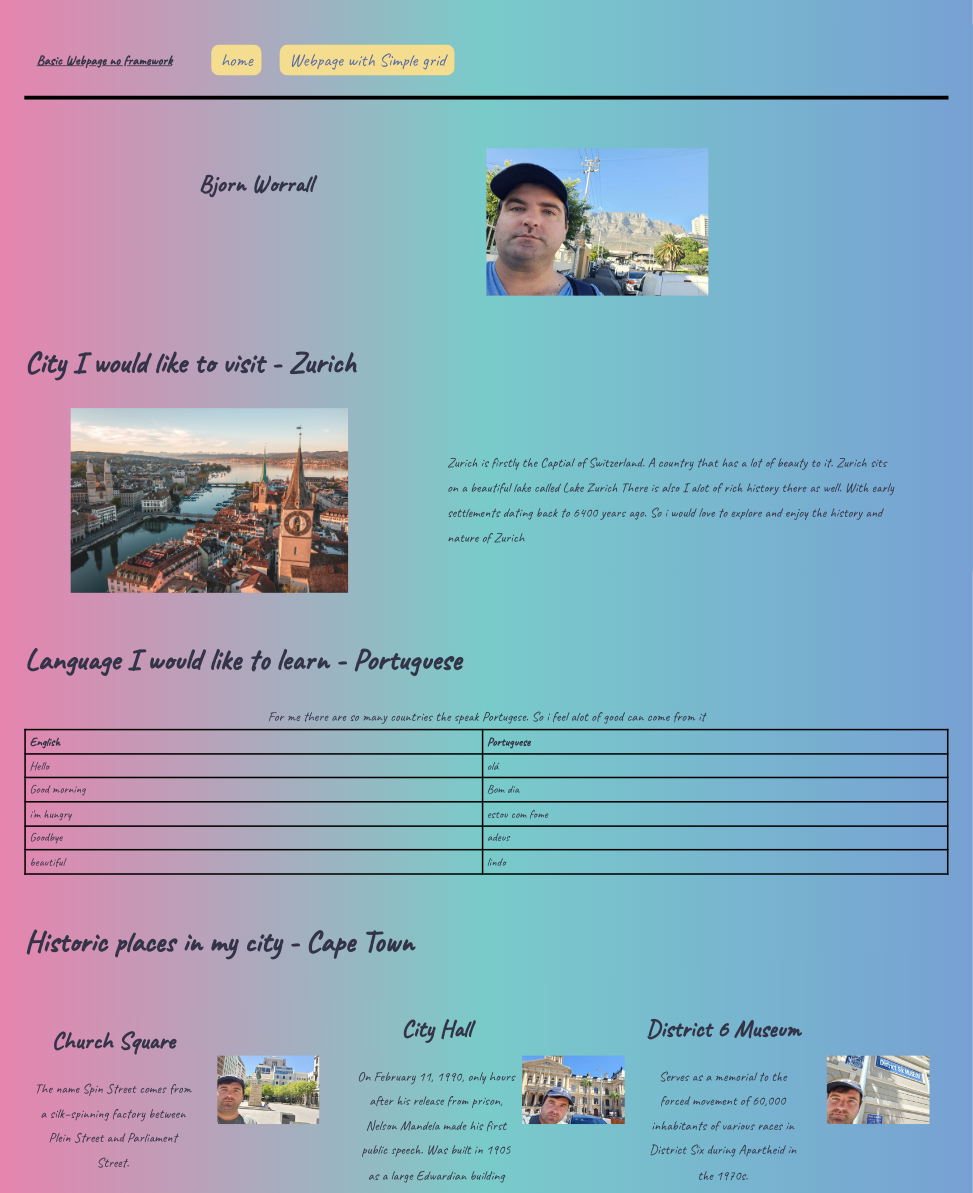
Repository: lasity34/basic-webpage
Page: my - webpage.html
The author's editor kept a copy of each file at every save. The page is drawn from the files as they stood at one save, then again after the next save.
The browser window is 1280 px wide. The pictures show the whole page, at 76% of full size.

Above is the page before, as saved 2023-03-08 09:36:01.

### my - webpage.html
<!DOCTYPE html>
<html lang="en">
  <link rel="stylesheet" type="text/css" href="styles.css" />
  <link rel="preconnect" href="https://fonts.googleapis.com" />
  <link rel="preconnect" href="https://fonts.gstatic.com" crossorigin />
  <link
    href="https://fonts.googleapis.com/css2?family=Caveat&display=swap"
    rel="stylesheet"
  />
  <link rel="stylesheet" type="text/css" href="simple-grid.css" />

  <head>
    <meta charset="UTF-8" />
    <meta http-equiv="X-UA-Compatible" content="IE=edge" />
    <meta name="viewport" content="width=device-width, initial-scale=1.0" />
    <title>Basic website</title>
  </head>
  <body>
    <main>
      <header>
        <nav id="nav_profile">
          <h4>Basic Webpage no framework</h4>
          <ul>
            <li><a href="./index.html">home</a></li>
            <li><a href="./my - webpage - grid.html">Webpage with Simple grid</a></li>
          </ul>
        </nav>
      </header>
      <section id="profile_section">
        <h1 id="profile_name">Bjorn Worrall</h1>
          <img
            id="profile_img"
            src="./images/profile.jpg"
            alt="A picture of me with table Mountain at the back"
          />
      </section>
      <section id="city_section">
        <h1>City I would like to visit - Zurich</h1>
        <div id="city_container">
          <img src="./images/zurich.jpg" width="100%" />
          <p>
            Zurich is firstly the Captial of Switzerland. A country that has a lot
            of beauty to it. Zurich sits on a beautiful lake called Lake Zurich
            There is also I alot of rich history there as well. With early
            settlements dating back to 6400 years ago. So i would love to explore
            and enjoy the history and nature of Zurich
          </div>
          </p>
      </section>
      <section id="language">
        <h1>Language I would like to learn - Portuguese</h1>
        <p>
          For me there are so many countries the speak Portugese. So i feel alot
          of good can come from it
        </p>

        <table>
          <tr>
            <th>English</th>
            <th>Portuguese</th>
          </tr>
          <tr>
            <td>Hello</td>
            <td>olá</td>
          </tr>
          <tr>
            <td>Good morning</td>
            <td>Bom dia</td>
          </tr>
          <tr>
            <td>i'm hungry</td>
            <td>estou com fome</td>
          </tr>
          <tr>
            <td>Goodbye</td>
            <td>adeus</td>
          </tr>
          <tr>
            <td>beautiful</td>
            <td>lindo</td>
          </tr>
        </table>
      </section>
      <section id="historic_places">
        <h1>Historic places in my city - Cape Town</h1>
        <div id="places_grid">
          <div class="places_container">
            <div class="places_info">
              <h2>Church Square</h2>
              <p>
                The name Spin Street comes from a silk–spinning factory between
                Plein Street and Parliament Street.
              </p>
            </div>
            <img src="./images/church_square.jpg" />
          </div>
          <div class="places_container">
            <img src="./images/city_hall.jpg" />
            <div id="places_info_hall">
              <h2>City Hall</h2>

              <p>
                On February 11, 1990, only hours after his release from prison,
                Nelson Mandela made his first public speech. Was built in 1905
                as a large Edwardian building
              </p>
            </div>
          </div>
          <div class="places_container">
            <div class="places_info">
              <h2>District 6 Museum</h2>
              <p>
                Serves as a memorial to the forced movement of 60,000
                inhabitants of various races in District Six during Apartheid in
                the 1970s.
              </p>
              <!-- <ul>
                <li>
                  Serves as a memorial to the forced movement of 60,000
                  inhabitants of various races in District Six during Apartheid
                  in the 1970s.
                </li>
                <li>
                  One former resident is jazz musician, Abdullah Ibrahim, better
                  known by the name Dollar Brand.
                </li>
                <li>District Six museum was founded in 1994.</li>
              </ul> -->
            </div>
            <img src="./images/district_6.jpg" />
          </div>
        </div>
      </section>
    </main>
  </body>
</html>

### styles.css
/* global */

* {
  font-family: "Caveat", "Arial Narrow", Arial, sans-serif;

}

body,
html {
  width: 100%;
  margin: 0;
  background: #77A1D3;  /* fallback for old browsers */
  background: -webkit-linear-gradient(to right, #E684AE, #79CBCA, #77A1D3);  /* Chrome 10-25, Safari 5.1-6 */
  background: linear-gradient(to right, #E684AE, #79CBCA, #77A1D3); /* W3C, IE 10+/ Edge, Firefox 16+, Chrome 26+, Opera 12+, Safari 7+ */


}

main {
  max-width: 95%;
  margin: 1rem auto;
}

li {
  list-style: none;
}

ul {
  width: 60%;
}

section {
  margin-top: 4rem;
  text-align: center;
}

/* profile */

#profile_name {
  font-size: 2rem;
  text-align: center;
}

#img_container {
  text-align: center;
}

#profile_img {
  width: 60%;
}

/* language */

table {
  margin: auto;
  border-collapse: collapse;
  border-spacing: 0;
}

td,
th {
  border: 2px solid black;
  padding: 0.3em;
  width: 1%;
  text-align: left;
}

/* historic places */

.places_container {
  display: grid;
  grid-template-columns: 40% 50%;
  padding: 0.5em;
  justify-content: space-around;
}

.places_info {
  padding-right: 1.5em;
  text-align: center;
}

#places_info_hall {
  padding-left: 1.5em;
}

.places_container img {
  width: 100%;
  margin: auto;
}

/* max-width 567px */

@media (max-width: 567px) {
  .places_container {
    display: flex;
    flex-direction: column;
    margin: 0.5em 0;
    padding: 0 0.5em;
    border-top: 1px black solid;
  }

  .places_container img {
    width: 100%;
  }

  #places_info_hall {
    order: -1;
    padding-left: 0;
  }

  .places_info,
  #places_info_hall {
    margin-bottom: 2em;
  }



}

/* min-width 710px */

@media (min-width: 1010px) {
  main {
    max-width: 95%;
  }

  #profile_section {
    display: grid;
    grid-template-columns: 50% 40%;
  }

  h1 {
    text-align: left;
  }

  p,
  .places_info,
  #places_info_hall {
    margin: auto 0;
  }

  #city_container {
    display: grid;
    justify-content: space-around;
    grid-template-columns: 30% 50%;
  }

  #places_grid {
    display: grid;
    grid-template-columns: 33% 33% 33%;
  }

  #places_info_hall {
    order: -1;
  }

  .places_container {
    grid-template-columns: 60% 35%;
  }
}

/* landing page */

#landing_title {
  text-align: center;
color: rgb(111, 65, 8);
font-size: 3rem;
background-color: rgba(255, 255, 255, 0.2);
}



#nav_landing {
  height: 80vh;
  display: flex;
  justify-content: space-around;
  align-items: center;
}

#nav_landing ul {
  display: flex;
  justify-content: space-around;
  align-content: center;
  height: 13vh;
}

a:hover {
  background-color: black;
  color: green;
}

a:hover {
  color: green;
}

a {
  text-decoration: none;
  background-color: #f5dd90;
  color: #586ba4;
  width: 80%;
  padding: 0.2em 0.5em;
  margin: 1em 0.5em;
  font-size: 1.5rem;
  border-radius: 10px;
  height: 8vh;
}

#whole_body, html {
  background-color: rgba(18, 16, 16, 1);
  background-image: url(./images/landing.jpg);
  background-size: cover;
  background-repeat: no-repeat;
  background-position: center center;


}

### simple-grid.css
/**
*** SIMPLE GRID
*** (C) ZACH COLE 2016
**/

@import url(https://fonts.googleapis.com/css?family=Lato:400,300,300italic,400italic,700,700italic);

/* UNIVERSAL */

html,
body {
  height: 100%;
  width: 100%;
  margin: 0;
  padding: 0;
  left: 0;
  top: 0;
  font-size: 100%;
  background: #77a1d3; /* fallback for old browsers */
  background: -webkit-linear-gradient(
    to right,
    #e684ae,
    #79cbca,
    #77a1d3
  ); /* Chrome 10-25, Safari 5.1-6 */
  background: linear-gradient(
    to right,
    #e684ae,
    #79cbca,
    #77a1d3
  ); /* W3C, IE 10+/ Edge, Firefox 16+, Chrome 26+, Opera 12+, Safari 7+ */
}

/* ROOT FONT STYLES */

/* * {
  font-family: "Lato", Helvetica, sans-serif;

  line-height: 1.5;
} */

/* TYPOGRAPHY */

h1 {
  font-size: 2.5rem;
}

h2 {
  font-size: 2rem;
}

h3 {
  font-size: 1.375rem;
}

h4 {
  font-size: 1.125rem;
  text-align: left;
  margin: 0;
  text-decoration: underline;
}

h5 {
  font-size: 1rem;
}

h6 {
  font-size: 0.875rem;
}

p {
  font-size: 1.125rem;
  font-weight: 200;
  line-height: 1.8;
}

.font-light {
  font-weight: 300;
}

.font-regular {
  font-weight: 400;
}

.font-heavy {
  font-weight: 700;
}

/* POSITIONING */

.left {
  text-align: left;
}

.right {
  text-align: right;
}

.center {
  text-align: center;
  margin-left: auto;
  margin-right: auto;
}

.justify {
  text-align: justify;
}

/* ==== GRID SYSTEM ==== */

.container {
  width: 100%;
  margin-left: auto;
  margin-right: auto;
}

.row {
  position: relative;
  width: 100%;
}

.row [class^="col"] {
  float: left;
  margin: 0.5em 2%;
  min-height: 0.125rem;
}

.history_height {
  height: 30vh;
}

.col-1,
.col-2,
.col-3,
.col-4,
.col-5,
.col-6,
.col-7,
.col-8,
.col-9,
.col-10,
.col-11,
.col-12 {
  width: 96%;
}

.col-1-sm {
  width: 4.33%;
}

.col-2-sm {
  width: 12.66%;
}

.col-3-sm {
  width: 21%;
}

.col-4-sm {
  width: 29.33%;
}

.col-5-sm {
  width: 37.66%;
}

.col-6-sm {
  width: 46%;
}

.col-7-sm {
  width: 54.33%;
}

.col-8-sm {
  width: 62.66%;
}

.col-9-sm {
  width: 71%;
}

.col-10-sm {
  width: 79.33%;
}

.col-11-sm {
  width: 87.66%;
}

.col-12-sm {
  width: 96%;
}

.row::after {
  content: "";
  display: table;
  clear: both;
}

.hidden-sm {
  display: none;
}

@media only screen and (min-width: 45em) {
  /* 720px */
  .col-1 {
    width: 4.33%;
  }

  .col-2 {
    width: 12.66%;
  }

  .col-3 {
    width: 21%;
  }

  .col-4 {
    width: 29.33%;
  }

  .col-5 {
    width: 37.66%;
  }

  .col-6 {
    width: 46%;
  }

  .col-7 {
    width: 54.33%;
  }

  .col-8 {
    width: 62.66%;
  }

  .col-9 {
    width: 71%;
  }

  .col-10 {
    width: 79.33%;
  }

  .col-11 {
    width: 87.66%;
  }

  .col-12 {
    width: 96%;
  }

  .hidden-sm {
    display: block;
  }
}

@media only screen and (min-width: 60em) {
  /* 960px */
  .container {
    width: 95%;
    max-width: 90rem;
  }
}

* {
  font-family: "Caveat", "Arial Narrow", Arial, sans-serif;
  color: #333447;
}

/* Nav bar */

#city_container p {
  text-align: left;
 padding: 0.5em;
}



#landing_title {
  text-align: center;
}

header {
  border-bottom: 5px solid black;
  padding: 1em;
}

#nav_landing {
  height: 80vh;
  display: flex;
  justify-content: space-around;
  align-items: center;
}

#nav_landing ul {
  display: flex;
  justify-content: space-around;
  align-content: center;
  height: 13vh;
}

a:hover {
  background-color: black;
  color: green;
}

a:hover {
  color: green;
}

a {
  text-decoration: none;
  background-color: #f5dd90;
  color: #586ba4;
  width: 80%;
  padding: 0.2em 0.5em;
  margin: 1em 0.5em;
  font-size: 1.5rem;
  border-radius: 10px;
  height: 8vh;
}

li {
  list-style: none;
}

/* global */

main {
  max-width: 95%;
  margin: 2rem auto;
  text-align: center;
}

#profile_section {
  text-align: center;
}

.align {
  display: flex;

 align-items: center;
}

.flex {
  display: flex;
}

table {
  margin: auto;
  border-collapse: collapse;
  border-spacing: 0;
}

td,
th {
  border: 2px solid black;
  padding: 0.3em;
  width: 1%;
  text-align: left;
}

/* 447px */

@media (max-width: 547px) {
  .align {
    text-align: center;
    flex-direction: column;
    align-content: center;
  }

  #places_info_hall {
    order: -1;
    padding-left: 0;
  }

  .places_info,
  #places_info_hall {
    margin-bottom: 2em;
  }

  .col-5-sm,
  .col-6-sm {
    width: 100%;
  }

  h4 {
    text-align: center;
  }
}

@media (max-width: 719px) {
  #nav_profile ul {
    display: block;

    margin: 0 auto;
  }

  #nav_profile li {
    margin-top: 1em;
    text-align: center;
  }

  #nav_profile a {
    font-size: 1.1rem;
  }

  #nav_profile h4 {
    text-align: center;
  }
}

/* max-width 800px */

@media (max-width: 800px) {
  .history_container {
    margin-bottom: 1em;
  }

  .col-6-sm {
    margin: 0.5em;
  }
}

@media (min-width: 720px) {
  #places_info_hall {
    order: -1;
  }

  h1 {
    text-align: left;
  }

  #profile_name {
    text-align: center;
  }
  #nav_profile ul {
    display: flex;
  }

  #nav_profile {
    display: flex;
    align-items: center;
  }

  .align {
    height: 35vh;
    align-items: flex-start;
  }


}

After the next save:
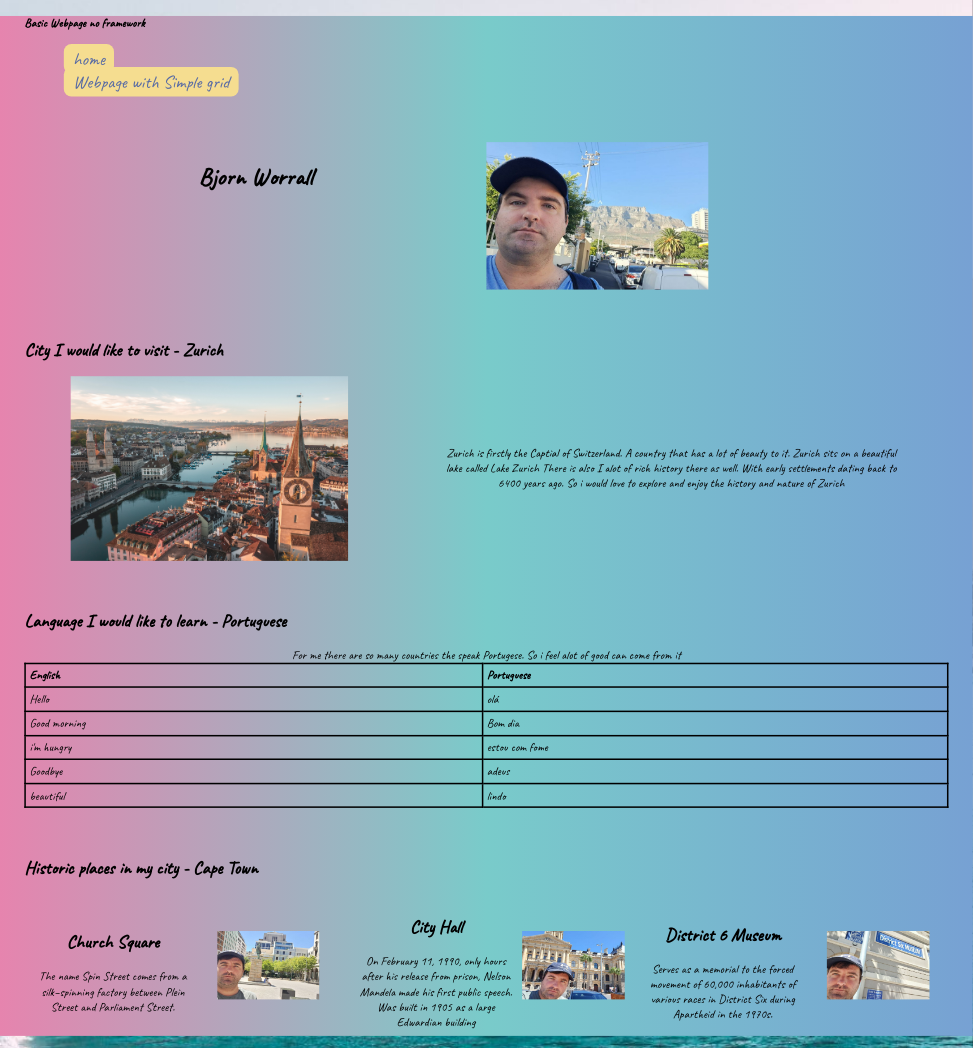
Saved 25 min 52 s later.
--- a/my - webpage.html
+++ b/my - webpage.html
@@ -7,7 +7,7 @@
     href="https://fonts.googleapis.com/css2?family=Caveat&display=swap"
     rel="stylesheet"
   />
-  <link rel="stylesheet" type="text/css" href="simple-grid.css" />
+  <!-- <link rel="stylesheet" type="text/css" href="simple-grid.css" /> -->
 
   <head>
     <meta charset="UTF-8" />
